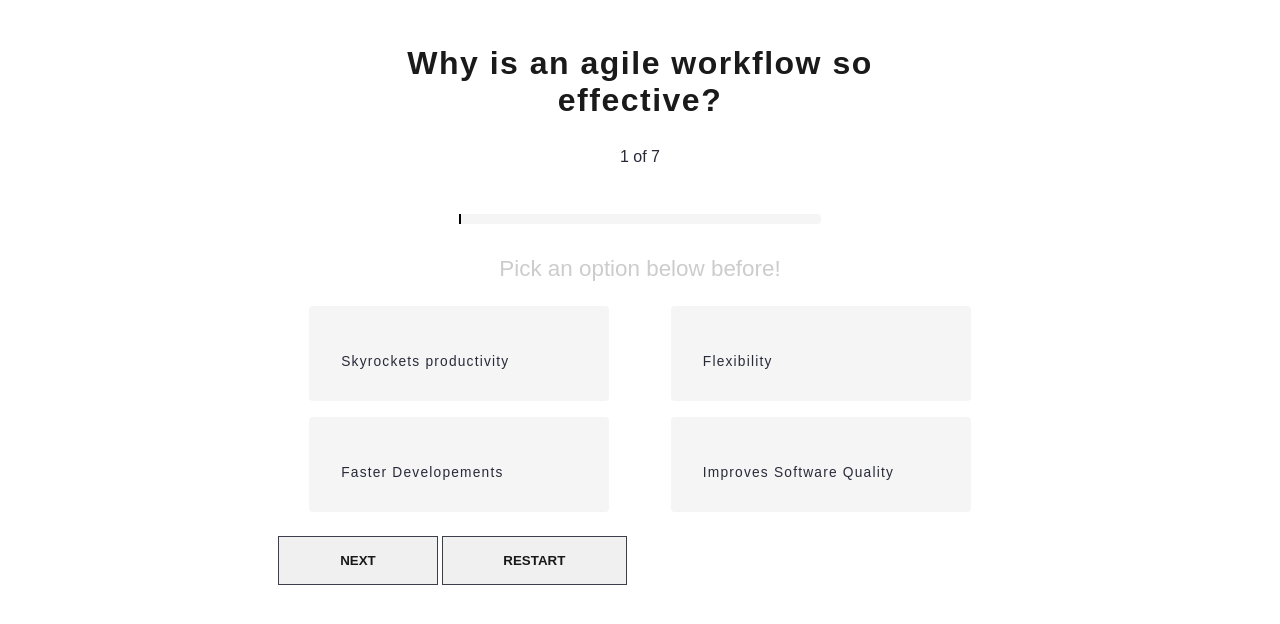
Repository: mukiSabljakovic/Quiz-APP
Page: index.html
The author's editor kept a copy of each file at every save. The page is drawn from the files as they stood at one save, then again after the next save.
The browser window is 1280 px wide. The pictures show the whole page.
The first `.jabquiz__choices input` is checked.
Some web fonts or font styles are not loaded; a fallback is used.

Above is the page before, as saved 2020-05-01 12:08:47.

After the next save:
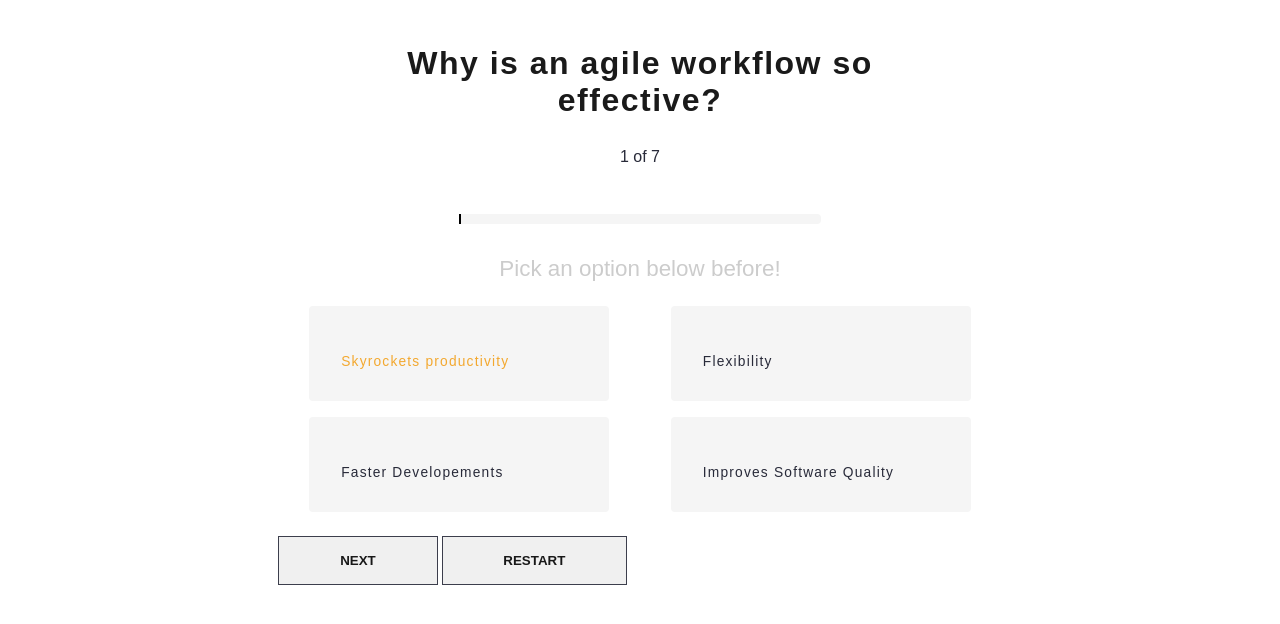
Saved 19 s later.
--- a/css/style.css
+++ b/css/style.css
@@ -122,5 +122,5 @@
 }
 
 .jabquiz__choices input:checked + label {
-
+    color: var(--main-theme-color);
 }
